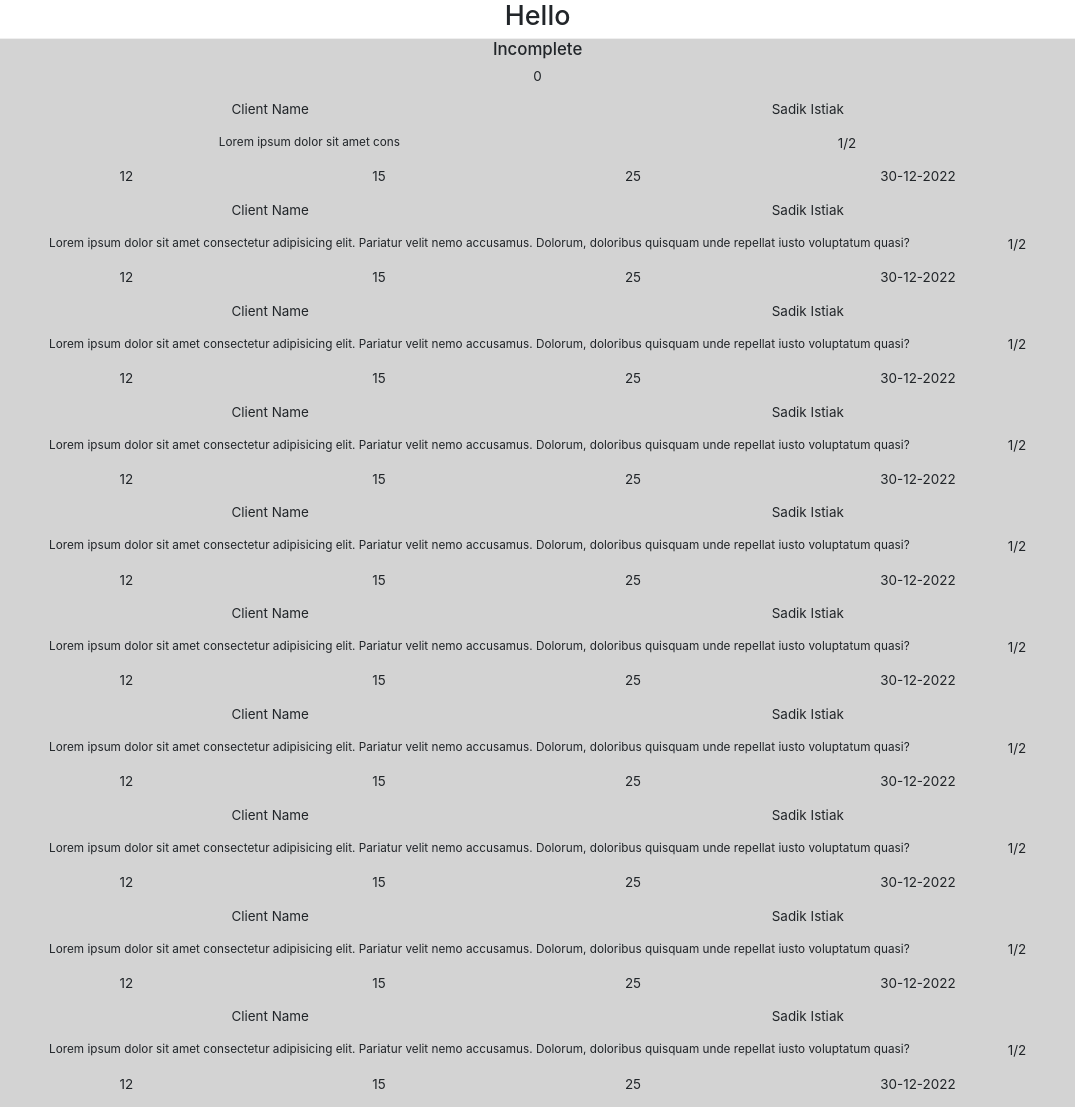
Repository: Sharif-00112/dashboard-task-frontend
Page: /
These files come from the project's save history. The page is drawn as it stood at one moment and after the next save; the edit follows.
The browser window is 1280 px wide. The pictures show the whole page, at 84% of full size.
The project was rebuilt for these pictures with package versions that can differ from the ones it lists, and the page was loaded fresh each time.

Above is the page before, as saved 2023-01-27 23:41:25.

After the next save:
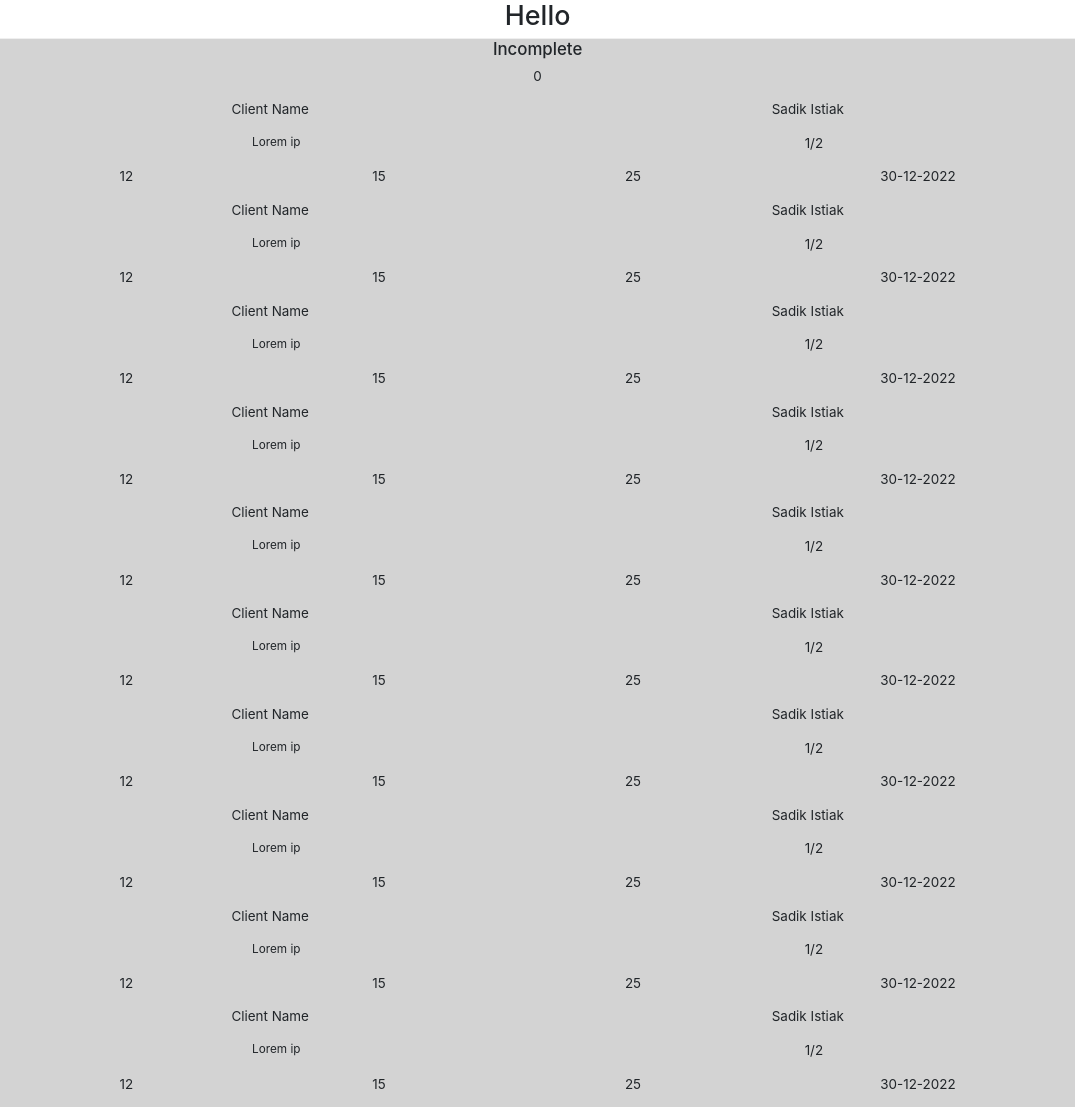
Saved 118 s later.
--- a/src/Components/Task.js
+++ b/src/Components/Task.js
@@ -9,7 +9,7 @@ const Task = (props) => {
                 <p>{supervisorName}</p>
             </div>
             <div className="task-part">
-                <small>{taskSummary}</small>
+                <small>{taskSummary.substring(0,8)}</small>
                 <p>{progress}</p>
             </div>
             <div className="task-part">
